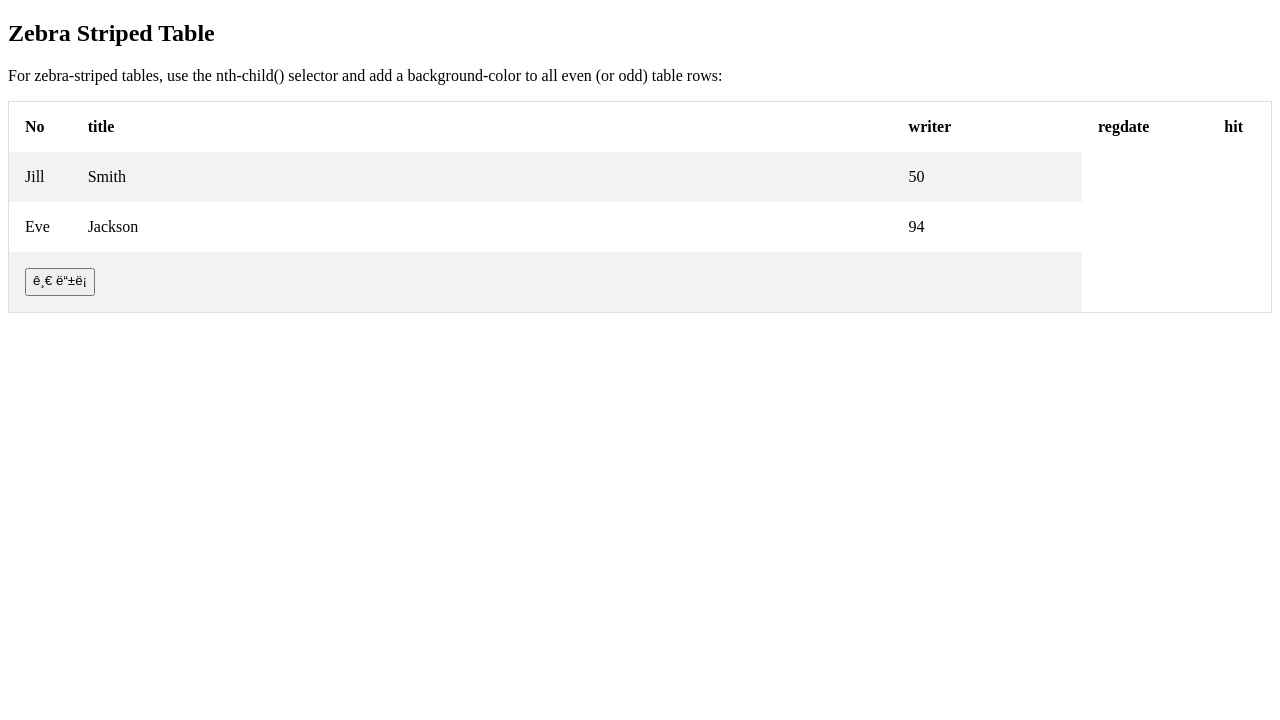
Repository: hyeong-jun-98/SL_front
Page: http://localhost/web0810_1/notice/list.jsp
An editor plug-in stored every save of this project. The page is shown before and after the next save, followed by the edit.
The browser window is 1280 px wide. The pictures show the whole page.
The page is served by Tomcat 9. Other server files are loaded and not shown.

Above is the page before, as saved 2022-08-10 06:00:14.

### web0810_1/src/main/webapp/notice/list.jsp
<!DOCTYPE html>
<html>
<head>
<meta name="viewport" content="width=device-width, initial-scale=1">
<style>
table {
  border-collapse: collapse;
  border-spacing: 0;
  width: 100%;
  border: 1px solid #ddd;
}

th, td {
  text-align: left;
  padding: 16px;
}

tr:nth-child(even) {
  background-color: #f2f2f2;
}
</style>
</head>
<body>

<h2>Zebra Striped Table</h2>
<p>For zebra-striped tables, use the nth-child() selector and add a background-color to all even (or odd) table rows:</p>

<table>
  <tr>
    <th width = "5%">No</th>
    <th width = "65%">title</th>
    <th width = "15%">writer</th>
    <th width = "10%">regdate</th>
    <th width = "5%">hit</th>

  </tr>
  <tr>
    <td>Jill</td>
    <td>Smith</td>
    <td>50</td>
  </tr>
  <tr>
    <td>Eve</td>
    <td>Jackson</td>
    <td>94</td>
  </tr>
  <tr>
    <td colspan = "3">
    	<button>글 등록</button>
    </td>
  </tr>
</table>

</body>
</html>

After the next save:
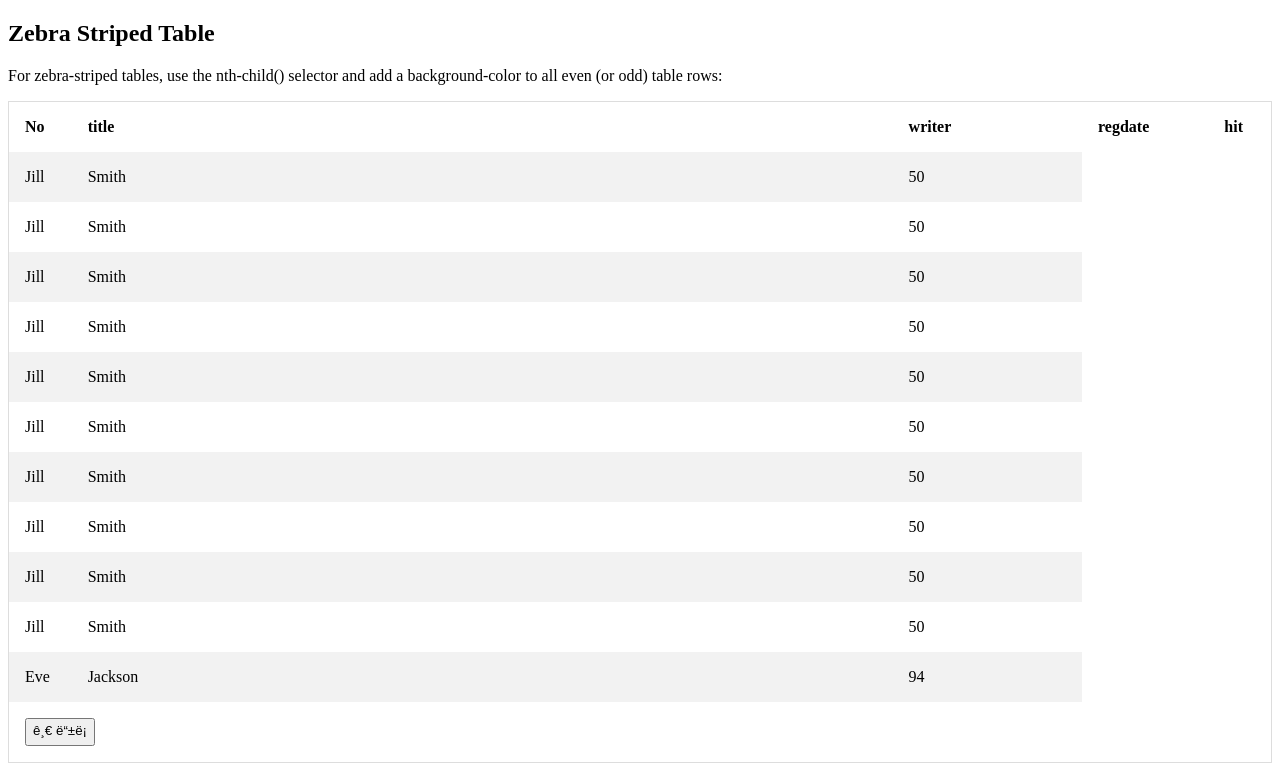
Saved 50 s later.
--- a/web0810_1/src/main/webapp/notice/list.jsp
+++ b/web0810_1/src/main/webapp/notice/list.jsp
@@ -34,11 +34,15 @@ tr:nth-child(even) {
     <th width = "5%">hit</th>
 
   </tr>
+  <%for(int i = 1; i < 11; i++) { %>
+
   <tr>
     <td>Jill</td>
     <td>Smith</td>
     <td>50</td>
   </tr>
+
+  <%} %>
   <tr>
     <td>Eve</td>
     <td>Jackson</td>
